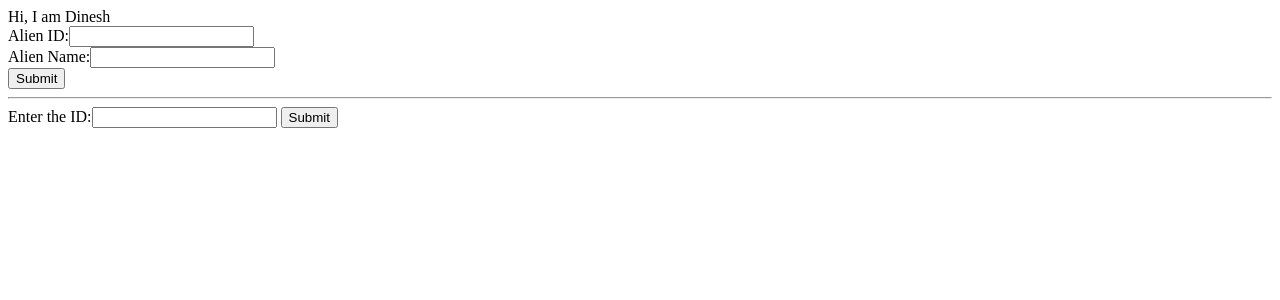
Repository: Dinesh333s/Spring_Projects
Page: http://localhost/SpringMVC/view/index.jsp
The author's editor kept a copy of each file at every save. The page is drawn from the files as they stood at one save, then again after the next save.
The browser window is 1280 px wide. The pictures show the whole page.
The page is served by Tomcat 9. Other server files are loaded and not shown.

Above is the page before, as saved 2022-11-14 19:25:43.

### SpringMVC/src/main/Webapp/view/index.jsp
<%@ page language="java" contentType="text/html; charset=UTF-8"
	pageEncoding="UTF-8"%>
<!DOCTYPE html>
<html>
<head>
<meta charset="UTF-8">
<title>Insert title here</title>
</head>
<body>
	Hi, I am Dinesh
	<form action="addalien" method="post">
		<!--  add is method  name -->
		Alien ID:<input type="text" name="aid"> <br> Alien Name:<input
			type="text" name="aname"> <br> <input type="submit">
		<%--  <form action ="add"> <!--  add is method  name -->
    Enter Num 1:<input type="number" name="num1"> <br>
    Enter Num 2:<input type="number" name="num2" > <br>
    <input  type="submit"> --%>

	</form>

	<hr>
	<form action="showaliens" method="get">
		Enter the ID:<input type="text" name="aid">
		<input type="submit">
	</form>
</body>
</html>

After the next save:
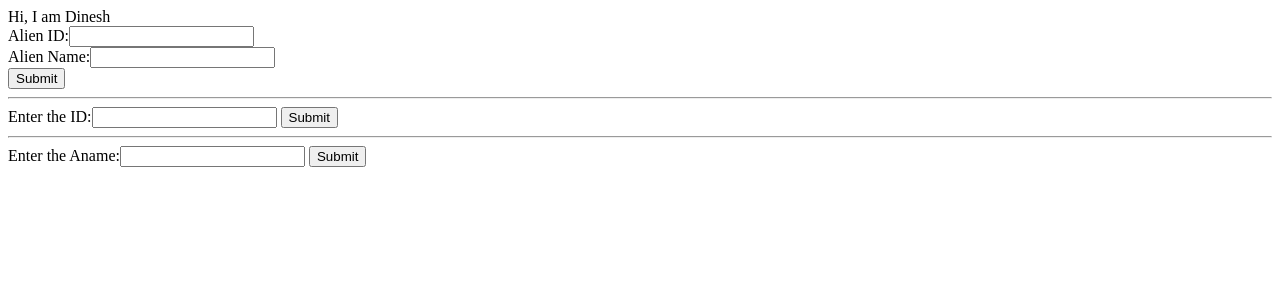
Saved 9 h 48 min later.
--- a/SpringMVC/src/main/Webapp/view/index.jsp
+++ b/SpringMVC/src/main/Webapp/view/index.jsp
@@ -24,5 +24,12 @@
 		Enter the ID:<input type="text" name="aid">
 		<input type="submit">
 	</form>
+
+
+	<hr>
+	<form action="findbyname" method="get">
+		Enter the Aname:<input type="text" name="aid">
+		<input type="submit">
+	</form>
 </body>
 </html>
